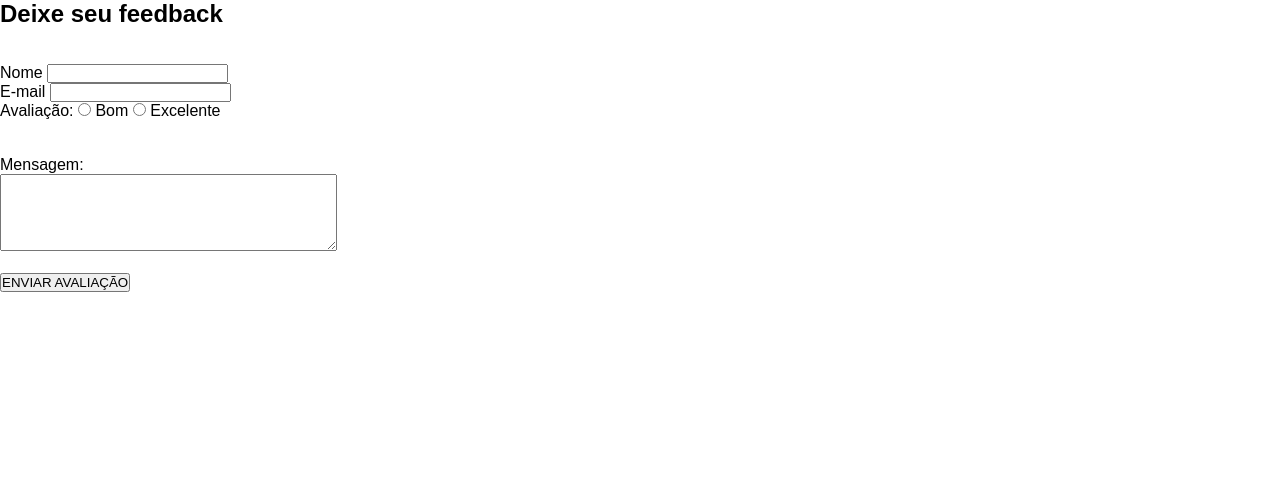
Repository: antonymsantana-design/Veterinario
Page: contatos.html
An editor plug-in stored every save of this project. The page is shown before and after a run of saves, followed by the edit.
The browser window is 1280 px wide. The pictures show the whole page.

Above is the page before, as saved 2026-10-03 18:30:55.

After the next 3 saves:
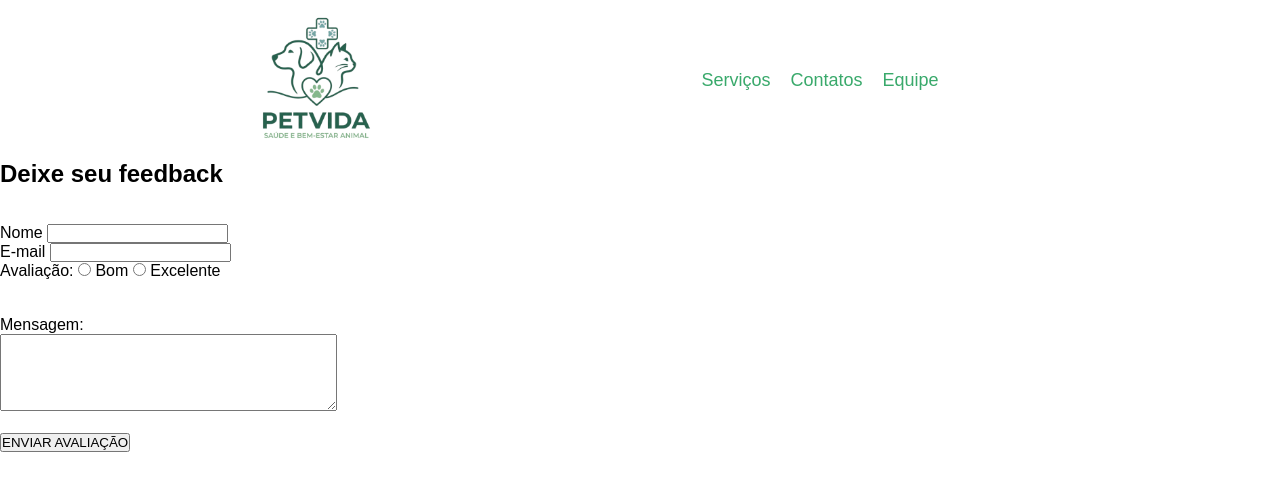
The 3 saves are shown as one change because they came seconds apart.
The last was saved 7 s later.
--- a/script3.js
+++ b/script3.js
@@ -1,6 +1,21 @@
 const body = document.querySelector("body");
 
-body.innerHTML = `<div class="conteudu" id="conteudu">
+body.innerHTML = `
+<header>
+    <div class="conteudoH" id="conteudoH">
+        <div class="imagem" id="imagem">
+            <img src="image/logo.png" alt="logo" class="logoIMG" id="logoIMG" />
+        </div>
+        <div class="direitaH">
+            <div class="links" id="links">
+                <a href="serviços.html" class="aLinks" id="servA">Serviços</a>
+                <a href="CONTATOS.HTML" class="aLinks" id="contatosA">Contatos</a>
+                <a href="Team.html" class="aLinks" id="contatosA">Equipe</a>
+            </div>
+        </div>
+    </div>
+</header>
+<div class="conteudu" id="conteudu">
 
         <h2>Deixe seu feedback</h2>
         <br>
@@ -50,4 +65,4 @@ body.innerHTML = `<div class="conteudu" id="conteudu">
                 <button type="submit" class="buto" onClick="form()">ENVIAR AVALIAÇÃO</button>
             </form>
         </div>
-    </div>`
+    </div>`;
